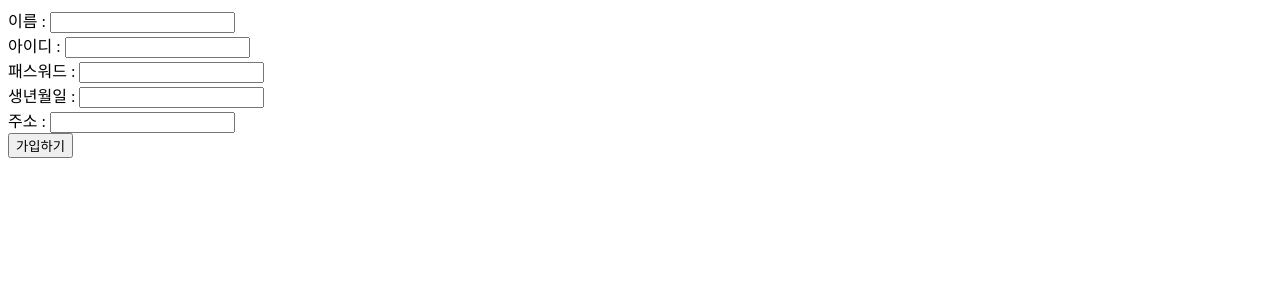
Repository: GitOnibi/jsp
Page: http://localhost/JSPprojec/ex06_index.jsp
An editor plug-in stored every save of this project. The page is shown before and after the next save, followed by the edit.
The browser window is 1280 px wide. The pictures show the whole page.
The page is served by Tomcat 9. Other server files are loaded and not shown.

Above is the page before, as saved 2019-01-07 10:50:48.

### JSPprojec/WebContent/ex06_index.jsp
<%@ page language="java" contentType="text/html; charset=UTF-8" pageEncoding="UTF-8"%>
<%@ taglib prefix="c" uri="http://java.sun.com/jsp/jstl/core" %>
<!DOCTYPE html>
<head>
	<meta charset="UTF-8">
	<title>Insert title here</title>
	</head>
<body>
	<form action="ex06_sub1.jsp">
				이름 : <input type="text" name="name" id="name"/><br />
		아이디 : <input type="text" name="id" id="id" /><br />
		패스워드 : <input type="text" name="pw" id="pw"/><br />
		생년월일 : <input type="text" name="birth" id="birth"/><br />
		주소 : <input type="text" name="addr" id="addr"/><br />
		<input type="submit" value="가입하기" />
	</form>
</body>
</html>

After the next save:
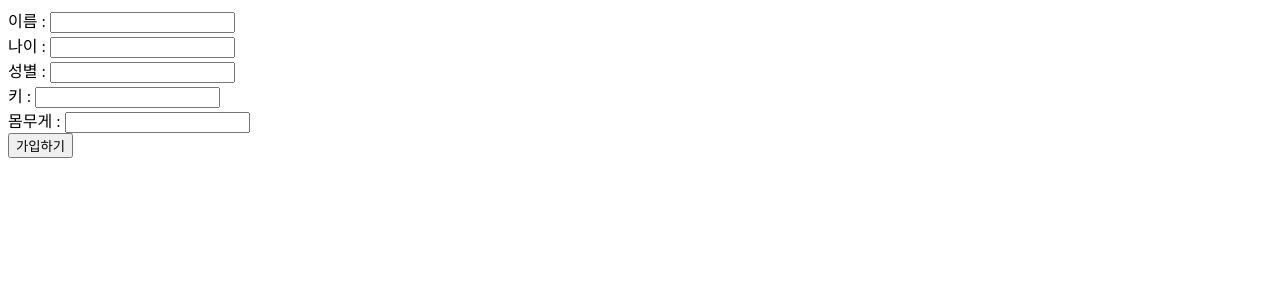
Saved 18 s later.
--- a/JSPprojec/WebContent/ex06_index.jsp
+++ b/JSPprojec/WebContent/ex06_index.jsp
@@ -7,11 +7,11 @@
 	</head>
 <body>
 	<form action="ex06_sub1.jsp">
-				이름 : <input type="text" name="name" id="name"/><br />
-		아이디 : <input type="text" name="id" id="id" /><br />
-		패스워드 : <input type="text" name="pw" id="pw"/><br />
-		생년월일 : <input type="text" name="birth" id="birth"/><br />
-		주소 : <input type="text" name="addr" id="addr"/><br />
+		이름 : <input type="text" name="name" id="name"/><br />
+		나이 : <input type="text" name="id" id="id" /><br />
+		성별 : <input type="text" name="pw" id="pw"/><br />
+		키 : <input type="text" name="birth" id="birth"/><br />
+		몸무게 : <input type="text" name="addr" id="addr"/><br />
 		<input type="submit" value="가입하기" />
 	</form>
 </body>
